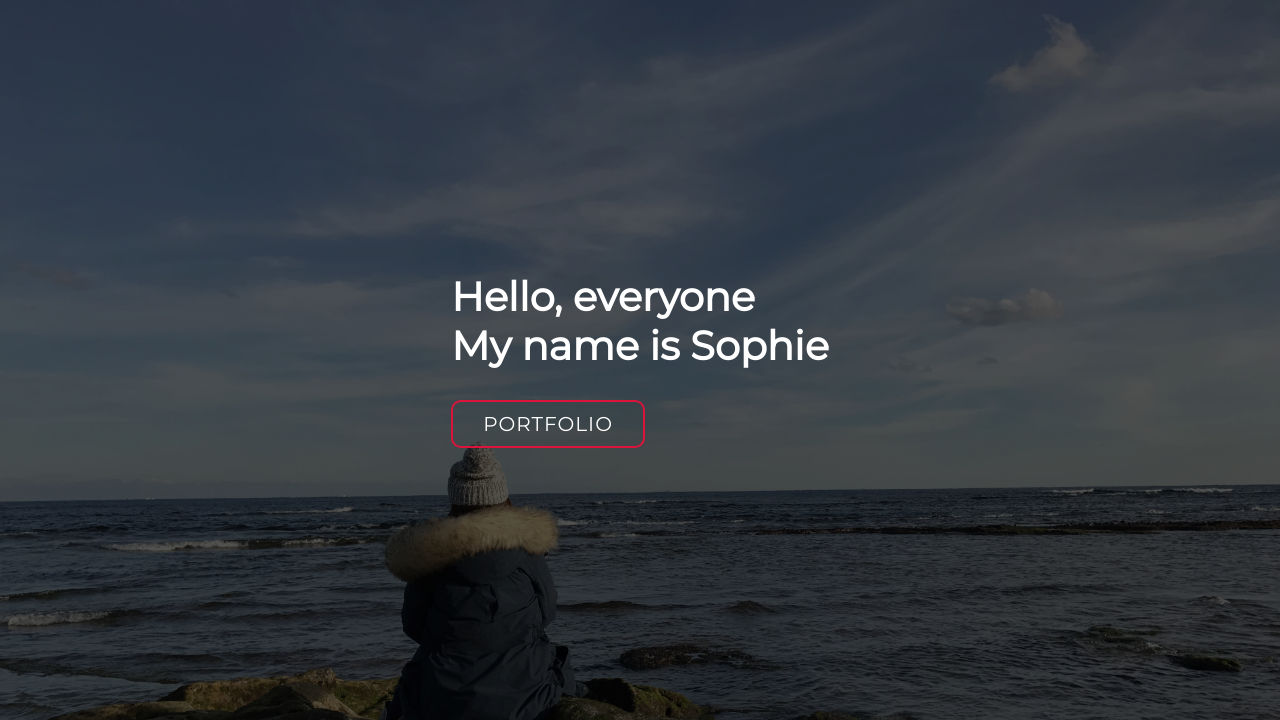
Repository: wenxi0504/StaticWebsite_Profolio
Page: index.html
These files come from the project's save history. The page is drawn as it stood at one moment and after the next save; the edit follows.
The browser window is 1280 px wide. The pictures show the whole page.

Above is the page before, as saved 2022-03-01 23:32:20.

### index.html
<!DOCTYPE html>
<html lang="en">
<head>
    <meta charset="UTF-8">
    <meta http-equiv="X-UA-Compatible" content="IE=edge">
    <meta name="viewport" content="width=device-width, initial-scale=1.0">
    <link rel="stylesheet" href="style.css">
    <title>Portfolio</title>
</head>
<body>
    <!-- Introduction section -->
    <section id="myIntro">
        <div class="myIntro container card">
            <div>
                <h1>
                    Hello, everyone <span></span>
                </h1>
                <h1>
                    My name is Sophie <span></span>
                </h1>
                <a href="#" type="button" class="cta">Portfolio</a>
            </div>
        </div>

    </section>
</body>
</html>

### style.css
/* import custom font from GoogleFonts */
@import 'https://fonts.googleapis.com/css?family=Montserrat:300, 400, 700&display=swap';
*{
margin: 0px;
padding:0px;
box-sizing: border-box;
}

html{
    font-size: 10px;
    font-family: 'Montserrat', sans-serif;
}

a{
    text-decoration: none;
}

.container{
    min-height: 100vh;
    width: 100%;
    display: flex;
    align-items: center;
    justify-content:center;
}

/* myIntro section */
#myIntro{
background-image: url(./images/ProfolioBackground.jpg);
background-size: cover;
background-position: top center;
position: relative;
z-index:1;
}

/* background blurring */
#myIntro ::after{
    content: '';
    position: absolute;
    left: 0px;
    top:0px;
    height: 100%;
    width: 100%;
    background-color:black;
    opacity: 15%;
    z-index: -1;
}

#myIntro h1{
    display: block;
    width: fit-content;
    font-size: 4rem;
    color: white;

}

#myIntro .cta{
    display: inline-block;
    padding: 10px 30px;
    color:white;
    background-color:transparent;
    border: 2px solid crimson;
    border-radius:10px;
    font-size: 2rem;
    text-transform: uppercase;
    letter-spacing: .1rem;
    margin-top: 30px;
    transition: .3s ease;
    transition-property: background-color;
}

#myIntro .cta:hover{
    background-color:crimson
}

#card{
    width: 400px;
    height: auto;
    padding: 2rem;
    background:rgb(255,255,255,.7);
    -webkit-backdrop-filter: blur(10px);
    backdrop-filter: blur(10px);
    border-radius:1rem;
    z-index: 1 ;

}

/* end myIntro section */

After the next save:
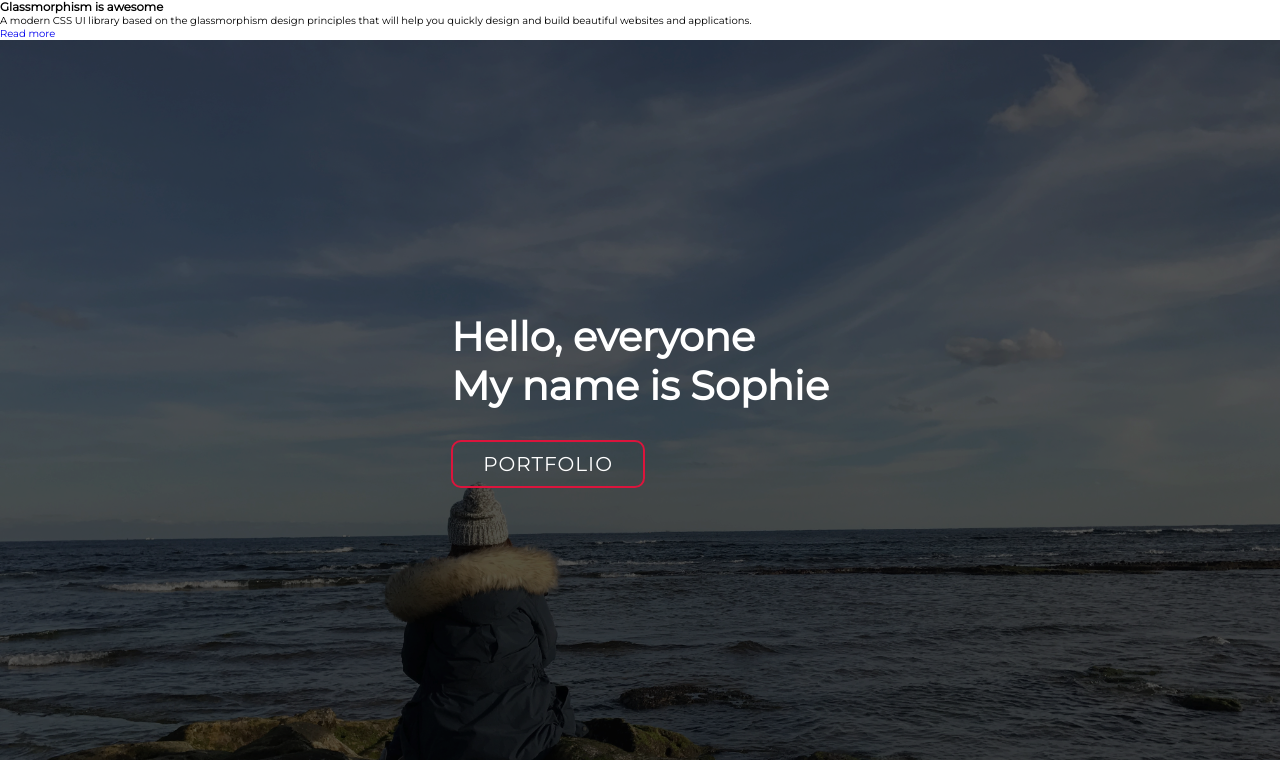
Saved 66 s later.
--- a/index.html
+++ b/index.html
@@ -8,6 +8,11 @@
     <title>Portfolio</title>
 </head>
 <body>
+    <div class="card">
+        <h3 class="card-title">Glassmorphism is awesome</h3>
+        <p>A modern CSS UI library based on the glassmorphism design principles that will help you quickly design and build beautiful websites and applications.</p>
+        <a href="https://ui.glass">Read more</a>
+      </div>
     <!-- Introduction section -->
     <section id="myIntro">
         <div class="myIntro container card">
